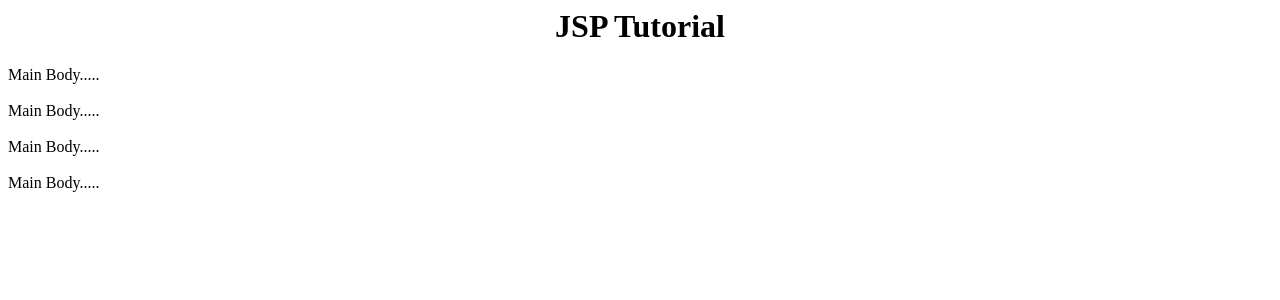
Repository: Aniket2311/Spring-Core-Spring-Boot-And-Hibernet
Page: http://localhost/jspdemo/homepage.jsp
These files come from the project's save history. The page is drawn as it stood at one moment and after the next save; the edit follows.
The browser window is 1280 px wide. The pictures show the whole page.
The page is served by Tomcat 9.

Above is the page before, as saved 2019-04-08 12:07:19.

After the next save:
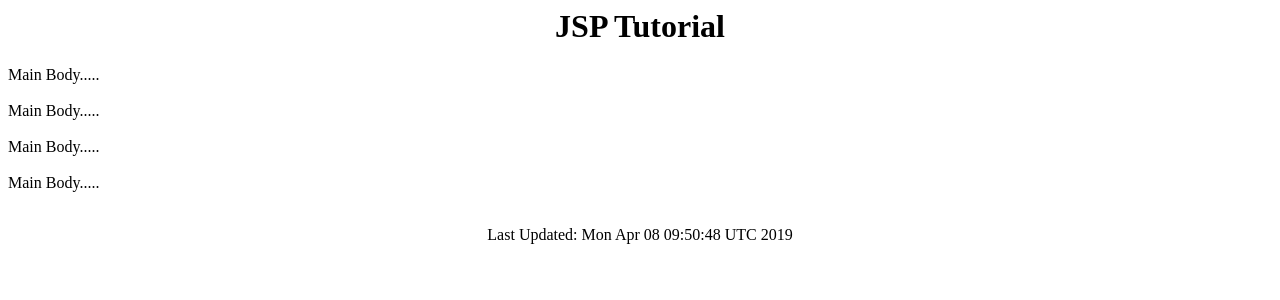
Saved 14 s later.
--- a/jspdemo/WebContent/homepage.jsp
+++ b/jspdemo/WebContent/homepage.jsp
@@ -9,6 +9,8 @@ Main Body..... <br/><br/>
 Main Body..... <br/><br/>
 Main Body..... <br/><br/>
 
+<jsp:include page="my-footer.jsp"></jsp:include>
+
 </body>
 
 </html>
